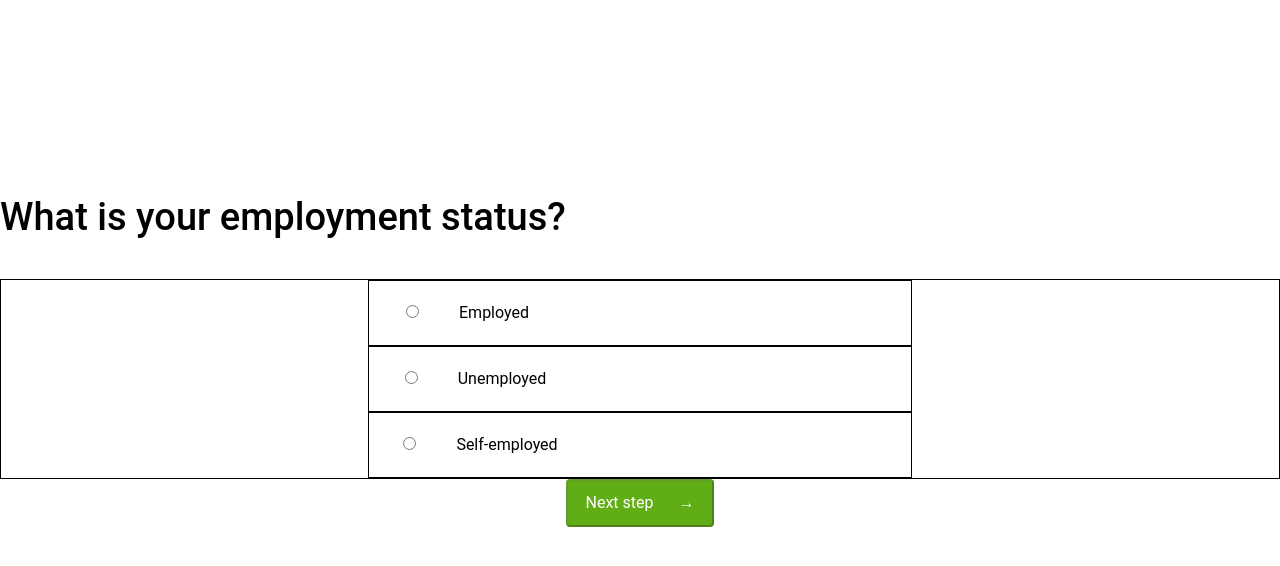
Repository: andbilous/task-survey
Page: /employment-status
The author's editor kept a copy of each file at every save. The page is drawn from the files as they stood at one save, then again after the next save.
The browser window is 1280 px wide. The pictures show the whole page.
The project was rebuilt for these pictures with package versions that can differ from the ones it lists, and the page was loaded fresh each time. Also part of the build but not shown: src/pages/FillingStatus.jsx, src/pages/Proprietorships.jsx, src/pages/Score.jsx.

Above is the page before, as saved 2020-06-18 17:14:11.

### src/App.js
import React from 'react';
import { Provider } from 'react-redux'
import { store } from './redux/store'
import {
  BrowserRouter as Router,
  Switch,
  Route,
} from "react-router-dom";
import './App.css';
import {Header} from './components/Header';
import {EmploymentStatusPage} from './pages/EmploymentStatus';
import {FillingStatusPage} from './pages/FillingStatus';
import {ProprietorshipsPage} from './pages/Proprietorships';
import {ScorePage} from './pages/Score';


function App() {
  return (
    <Router>
    <Provider store={store}>
    <Switch>
    <div className="App">
      <Header/>
      <Route path="/employment-status">
            <EmploymentStatusPage />
          </Route>
          <Route path="/filling-status">
            <FillingStatusPage />
          </Route>
          <Route path="/proprietorship">
            <ProprietorshipsPage />
          </Route>
          <Route path="/score">
            <ScorePage />
          </Route>
    </div>
    </Switch>
    </Provider>
    </Router>
  );
}

export default App;

### src/redux/store.js
import { applyMiddleware, createStore } from 'redux';
import logger from 'redux-logger';
import thunk from 'redux-thunk';

import { rootReducer } from './rootReducer';

const middleware = [thunk, logger];

export const store = createStore(rootReducer, applyMiddleware(...middleware));

### src/App.css
* {
  text-align: center;
  box-sizing: border-box;
  font-family: Roboto;
  font-style: normal;
  font-weight: normal;
}
h2{
  font-family: Roboto;
font-style: normal;
font-weight: 500;
font-size: 38px;
line-height: 60px;
display: flex;
align-items: center;
text-align: center;
}
.list-item{
  width: 544px;
  height: 66px;
  border: 1px solid black;
  padding-top: 21px;
}
/* .App {
  text-align: center;
  background-color: #333;
}

.App-logo {
  height: 40vmin;
  pointer-events: none;
}

@media (prefers-reduced-motion: no-preference) {
  .App-logo {
    animation: App-logo-spin infinite 20s linear;
  }
}

.App-header {
  background-color: #282c34;
  min-height: 100vh;
  display: flex;
  flex-direction: column;
  align-items: center;
  justify-content: center;
  font-size: calc(10px + 2vmin);
  color: white;
}

.App-link {
  color: #61dafb;
}

@keyframes App-logo-spin {
  from {
    transform: rotate(0deg);
  }
  to {
    transform: rotate(360deg);
  }
} */

### src/components/Header.jsx
import React from "react";
import { connect } from "react-redux";

const Header = ({ progress }) => {
  return (
    <>
      <div style={styles.general} />
      <div
        style={{
          width: `${progress}%`,
          height: "75px",
          backgroundColor: "#61AD15",
        }}
      ></div>
    </>
  );
};

const styles = {
  general: {
    position: "absolute",
    left: "0%",
    right: "0%",
    top: "0%",
    bottom: "0%",
    height: "72px",
    backgroundColor: "#fff",
  },
};

const HeaderContainer = connect(
  (state) => ({
    progress: state.surveyReducer.progress,
  }),
  (dispatch) => ({})
)(Header);

export { HeaderContainer as Header };

### src/pages/EmploymentStatus.jsx
import React, { useState } from "react";
import { useHistory } from "react-router-dom";
import { connect } from "react-redux";
import Footer from "../components/Footer";
import { setEmploymentStatus } from "../redux/survey/actions";

const EmploymentStatusPage = ({ setEmploymentStatus }) => {
  const history = useHistory();
  const [disableFooter, setDisableFooter] = useState(true);
  const [value, setValue] = useState("");

  const navigateNextPage = () => {
    if (value === "Employed" || value === "Unemployed") {
      history.push("/filling-status");
    } else {
      history.push("/proprietorship");
    }
  };

  const handleChange = (value) => {
    console.log(value);
    setDisableFooter(false);
    setEmploymentStatus(value);
    setValue(value);
  };
  return (
    <div style={{ backgroundColor: "#fff", marginTop: "7rem" }}>
      <h2>What is your employment status?</h2>
      <form>
        <div
          id="1"
          style={styles.parent}
          className="radio"
        >
          <label className="list-item" style={{paddingRight: '350px'}}>
            <input
              style={styles.input}
              onClick={() => handleChange("Employed")}
              name="1"
              type="radio"
              value="Employed"
            />
            Employed
          </label>
          <label className="list-item" style={{paddingRight: '334px'}}>
            <input
              style={styles.input}
              onClick={() => handleChange("Unemployed")}
              name="1"
              type="radio"
              value="Unemployed"
            />
            Unemployed
          </label>
          <label className="list-item" style={{paddingRight: '324px'}}>
            <input
              style={styles.input}
              onClick={() => handleChange("SelfEmployed")}
              name="1"
              type="radio"
              value="SelfEmployed"
            />
            Self-employed
          </label>
        </div>
      </form>
      <Footer disable={disableFooter} navigateNextPage={navigateNextPage} />
    </div>
  );
};

const styles = {
  parent: {
    background: '#fff',
    marginTop: "2rem",
    border: "1px solid black",
    display: "flex",
    flexDirection: "column",
    alignItems: "center",
    textAlign: "center",
  },
  item: {
    width: "544px",
    height: "66px",
    border: "1px solid black",
    paddingTop: '21px',
  },
  input :{
    marginRight: '40px'
  }
};

const EmploymentStatusPageContainer = connect(
  (state) => ({}),
  (dispatch) => ({
    setEmploymentStatus: (value) => dispatch(setEmploymentStatus(value)),
  })
)(EmploymentStatusPage);

export { EmploymentStatusPageContainer as EmploymentStatusPage };

### src/redux/rootReducer.js
import { combineReducers } from 'redux'
import surveyReducer from './survey/reducer'

export const rootReducer = combineReducers({
  surveyReducer
})

### src/components/Footer.jsx
import React from "react";

const Footer = ({ disable, navigateNextPage, navigatePrevPage }) => {
  if (navigatePrevPage && navigateNextPage) {
    return (
      <div style={styles.general}>
        <button
          disabled={disable}
          onClick={() => {
            navigatePrevPage();
          }}
        >
          Prev step
        </button>
        <button
          disabled={disable}
          onClick={() => {
            navigateNextPage();
          }}
        >
          Next step
        </button>
      </div>
    );
  }
  if (navigatePrevPage && !navigateNextPage) {
    return (
      <button
        disabled={disable}
        onClick={() => {
          navigatePrevPage();
        }}
      >
        Prev step
      </button>
    );
  }
  if (!navigatePrevPage && navigateNextPage) {
    return (
      <button
        style={styles.button}
        disabled={disable}
        onClick={() => {
          navigateNextPage();
        }}
      >
        <span>Next step</span>
        <span style={styles.arrow}>&#8594;</span>
      </button>
    );
  }
};

const styles = {
  general: {
    position: "absolute",
    bottom: "0",
    width: "100%",
    height: "2.5rem",
    backgroundColor: "#fff",
  },
  button: {
    color: "#fff",
    width: "148px",
    height: "48px",
    background: "#61AD15",
    textAlign: "center",
    fontSize: "16px",
    lineHeight: "26px",
    borderRadius: "4px",
  },
  arrow: {
    marginLeft: '25px',
    transform: "matrix(1, 0, 0, -1, 0, 0)",
  },
};

export default Footer;

### src/redux/survey/actions.js
import types from './types';

export const setEmploymentStatus = (value) => {
    if(value === 'Employed'){
      return {
        type: types.SET_EMPLOYMENT_STATUS,
        employmentStatus: value,
        count: 10,

      }
    }
      if(value === 'Unemployed'){
        return {
          type: types.SET_EMPLOYMENT_STATUS,
          employmentStatus: value,
          count: 20
        }
      }
        if(value === 'SelfEmployed'){
          return {
            type: types.SET_EMPLOYMENT_STATUS,
            employmentStatus: value,
            count: 30
          }
    }
};

export const setProprietorshipsCount = (value) => ({
    type: types.SET_PROPRIETORSHIPS_MULTIPLIER,
    multiplier: value
})

export const setFillingStatus = (values) =>{
  if(!values.length){
    return {
      type: types.SET_FILLING_STATUS,
      count: 0
    }
}
  if(values.length===1){
    return {
      type: types.SET_FILLING_STATUS,
      count: 10
    }
}
  return {
    type: types.SET_FILLING_STATUS,
    count: (values.length)*5
  }
}

export const displayResult = () =>({
  type: types.DISPLAY_RESULT
})

### src/redux/survey/reducer.js
import types from './types'

const initialValues = {
  count: 0,
  employmentStatus:'',
  progress: 0
}

const surveyReducer = (state = initialValues, action) => {
  switch (action.type) {
    case types.SET_EMPLOYMENT_STATUS:
      return {
        ...state,
        count: state.count + action.count,
        employmentStatus: action.employmentStatus,
        progress: 30
      }
      case types.SET_PROPRIETORSHIPS_MULTIPLIER:
        return {
          ...state,
          count: state.count * action.multiplier,
          progress: 50
        }
        case types.SET_FILLING_STATUS:
        return {
          ...state,
          count: state.count + action.count,
          progress: 70
        }
        case types.DISPLAY_RESULT:
        return {
          ...state,
          progress: 100
        }

    default:
      return state
  }
}

export default surveyReducer;

### src/redux/survey/types.js
const types = {
  SET_EMPLOYMENT_STATUS:'SET_EMPLOYMENT_STATUS',
  SET_PROPRIETORSHIPS_MULTIPLIER: 'SET_PROPRIETORSHIPS_MULTIPLIER',
  SET_FILLING_STATUS: 'SET_FILLING_STATUS',
  DISPLAY_RESULT: 'DISPLAY_RESULT'
}

export default types;

Loaded but not shown: public/index.html (common file); src/index.js (common file); src/index.css (common file); src/serviceWorker.js (common file)

After the next save:
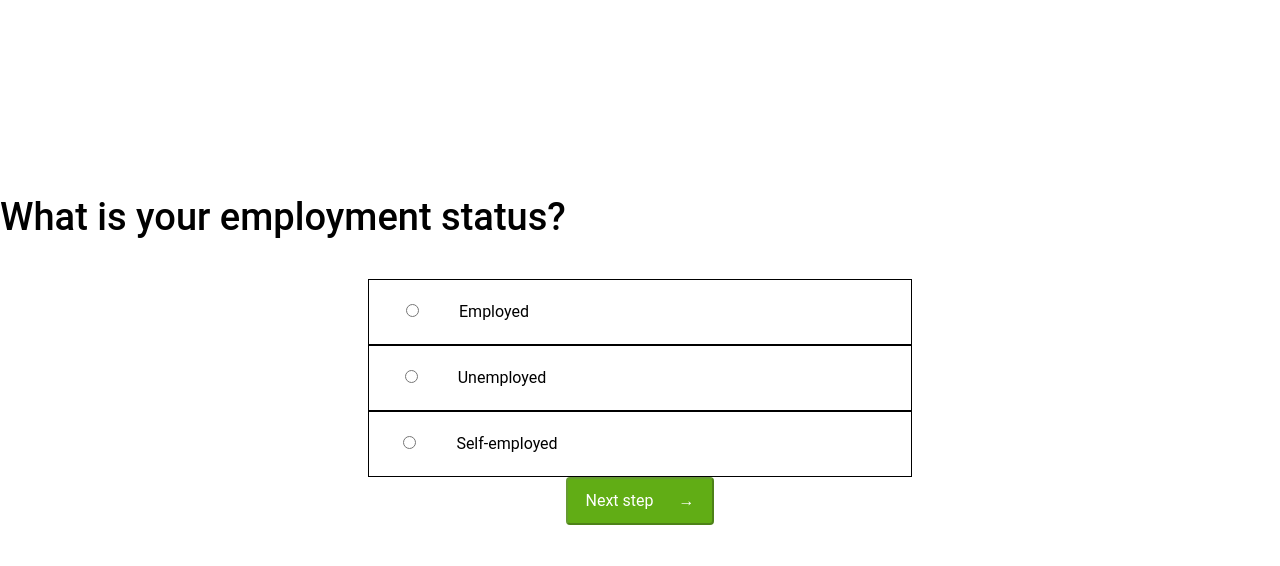
Saved 89 s later.
--- a/src/pages/EmploymentStatus.jsx
+++ b/src/pages/EmploymentStatus.jsx
@@ -73,7 +73,6 @@ const styles = {
   parent: {
     background: '#fff',
     marginTop: "2rem",
-    border: "1px solid black",
     display: "flex",
     flexDirection: "column",
     alignItems: "center",
